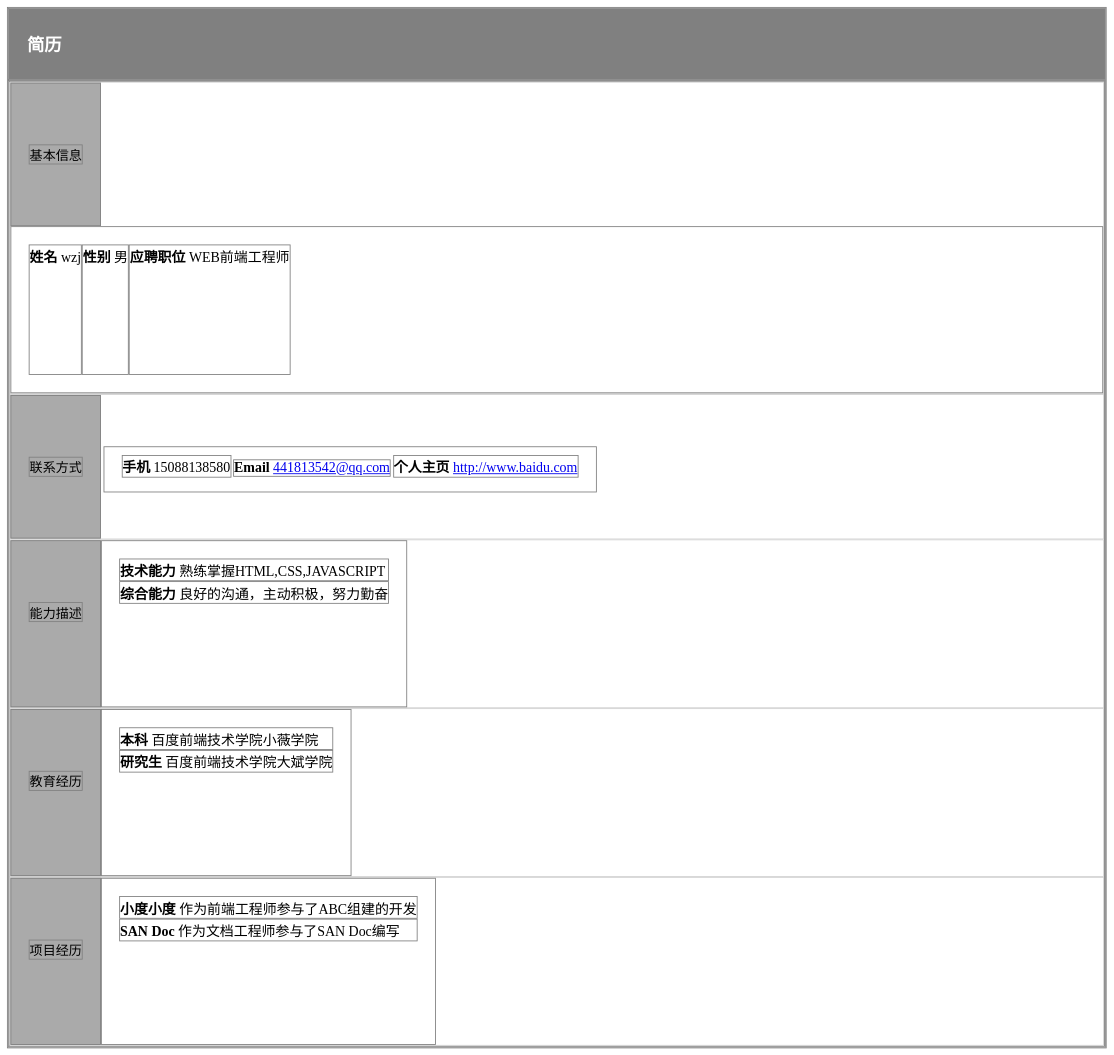
Repository: w441813542/webrecord
Page: day6_day7/jianli.html
These files come from the project's save history. The page is drawn as it stood at one moment and after the next save; the edit follows.
The browser window is 1280 px wide. The pictures show the whole page, at 87% of full size.

Above is the page before, as saved 2021-03-09 15:18:27.

### day6_day7/jianli.html
<!DOCTYPE html>
<html>

<head>
  <!-- <link rel="stylesheet" type="text/css" href="style_1.css" /> -->
  <!-- <link rel="stylesheet" type="text/css" href="style_2.css" /> -->
  <link rel="stylesheet" type="text/css" href="style_3.css" />
</head>

<body>
  <div class="box">
    <div class="left">
      <div class="caption">简历</div>
    </div>
    <div class="right">
      <div>
        <!-- <tr>
          <th rowspan="15" class="caption" align="center" valign="top">简历</th>
        </tr> -->
        <div class="part">
          <div class="part_left">
            <div class="th">基本信息</div>
          </div>
          <div class="part_right flex">
            <div class="td"><span>姓名</span> wzj</div>
            <div class="td"><span>性别</span> 男</div>
            <div class="td"><span>应聘职位</span> WEB前端工程师</div>
          </div>
        </div>
        <div class="part">
          <div class="part_left">
            <div class="th">联系方式</div>
          </div>
          <div class="part_right">
            <div class="td"><span>手机</span> 15088138580</div>
            <div class="td"><span>Email</span> <a href="mailto:441813542@qq.com">441813542@qq.com</a></div>
            <div class="td"><span>个人主页</span> <a href="http://www.baidu.com">http://www.baidu.com</a></div>
          </div>
        </div>
        <div class="part flex">
          <div class="part_left">
            <div class="th">能力描述</div>
          </div>
          <div class="part_right">
            <div class="td msgtd block"><span>技术能力</span> 熟练掌握HTML,CSS,JAVASCRIPT</div>
            <div class="td msgtd block"><span>综合能力</span> 良好的沟通，主动积极，努力勤奋</div>
          </div>
        </div>
        <div class="part flex">
          <div class="part_left">
            <div class="th">教育经历</div>
          </div>
          <div class="part_right">
            <div class="td msgtd block"><span>本科</span> 百度前端技术学院小薇学院</div>
            <div class="td msgtd block"><span>研究生</span> 百度前端技术学院大斌学院</div>
          </div>
        </div>
        <div class="part flex">
          <div class="part_left">
            <div class="th">项目经历</div>
          </div>
          <div class="part_right">
            <div class="td msgtd block"><span>小度小度</span> 作为前端工程师参与了ABC组建的开发</div>
            <div class="td msgtd block"><span>SAN Doc</span> 作为文档工程师参与了SAN Doc编写</div>
          </div>
        </div>
      </div>

    </div>
  </div>
</body>

</html>

### day6_day7/style_3.css
html {
    font-size: 10px;
  }

  div{
    border: 1px solid gray;
  }

  .td {
    font-size: 1.6em;
    display: inline-block;
  }

  .th {
    font-size: 1.5em;
    display: inline-block;
  }

  .caption {
    font-size: 2em;
    font-weight: bold;
    color: white;
    text-align: left;
    background: gray;
    padding-top: 25px;
    padding-left: 20px;
    padding-bottom: 25px;
  }

 .part{
   display: block;
   border: 1px solid lightgray;
 }

  .part_left{
    display: inline-block;
    padding-top: 70px;
    padding-bottom: 70px;
    padding-left: 20px;
    padding-right: 20px;
    background: #aaa;
  }

  .part_right{
    display: inline;
    height: 150px;
    padding: 20px;
  }

  span {
    font-weight: bold;
  }

  .box{
      display: block;
  }

  .flex{
    display: flex;
  }

  .block{
    display: block;
  }

After the next save:
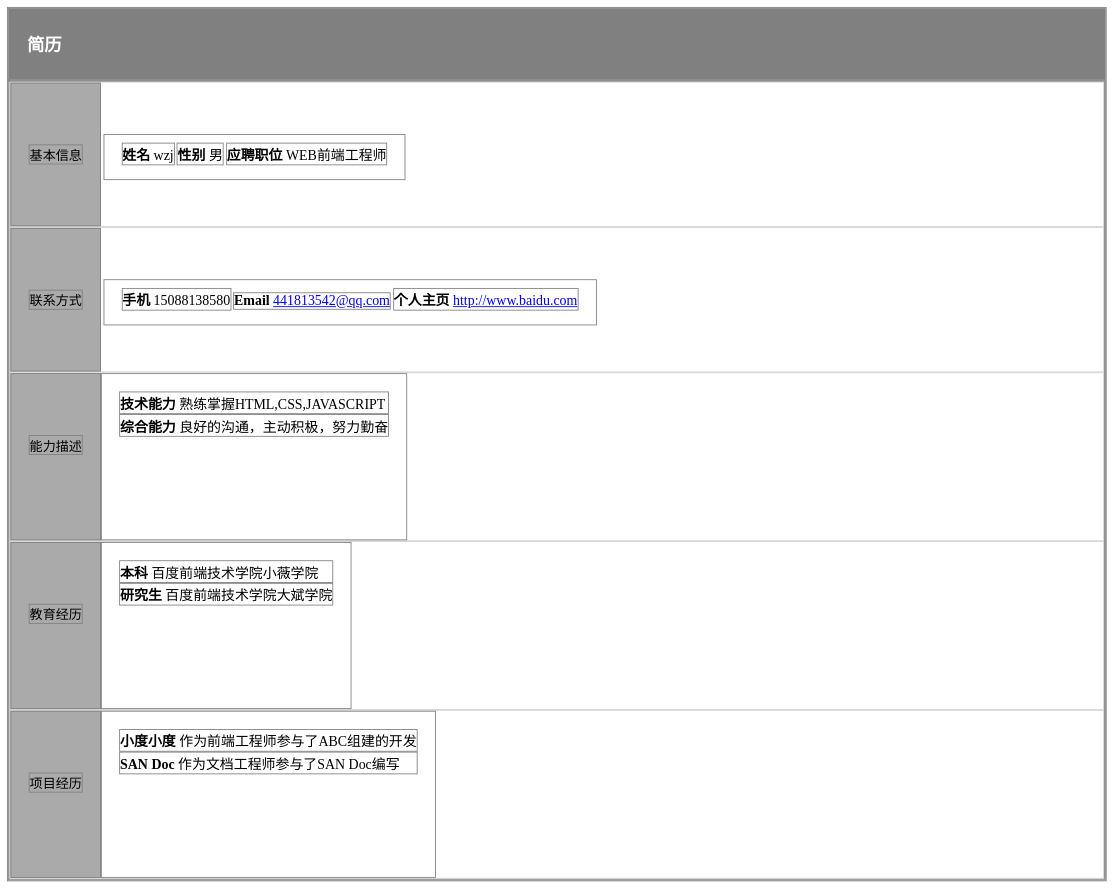
Saved 14 s later.
--- a/day6_day7/jianli.html
+++ b/day6_day7/jianli.html
@@ -21,7 +21,7 @@
           <div class="part_left">
             <div class="th">基本信息</div>
           </div>
-          <div class="part_right flex">
+          <div class="part_right">
             <div class="td"><span>姓名</span> wzj</div>
             <div class="td"><span>性别</span> 男</div>
             <div class="td"><span>应聘职位</span> WEB前端工程师</div>
